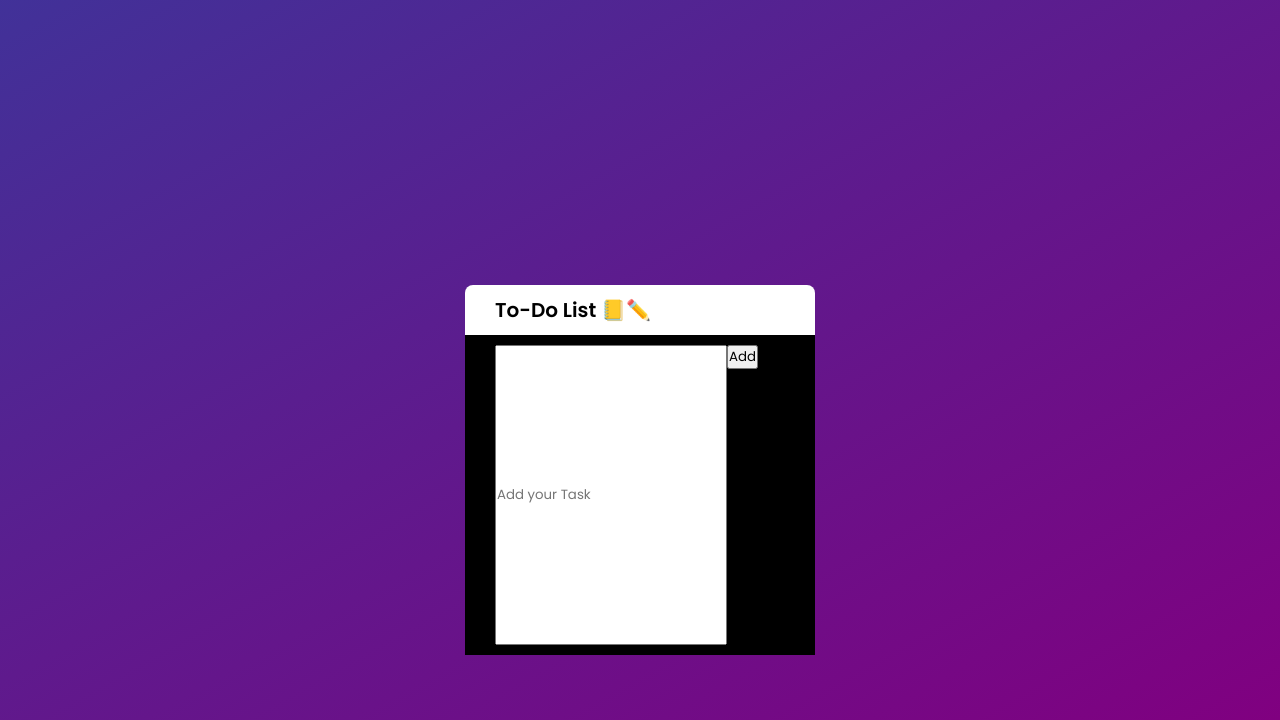
Repository: Ankitkr2021/To-Do-List
Page: index.html
These files come from the project's save history. The page is drawn as it stood at one moment and after the next save; the edit follows.
The browser window is 1280 px wide. The pictures show the whole page.

Above is the page before, as saved 2025-10-03 10:07:40.

### index.html
<!DOCTYPE html>
<html lang="en">
<head>
    <meta charset="UTF-8">
    <meta name="viewport" content="width=device-width, initial-scale=1.0">
    <title>To-Do-List</title>
    <link rel="stylesheet" href="./style.css">
</head>
<body>
    <div class="box">
        <h1>To-Do List 📒✏️</h1>
        <div class="task">
        <input id="add" type="text" placeholder="Add your Task">
        <button type="submit">Add</button>
        </div>
    </div>
</body>
</html>

### style.css
@import url("https://fonts.googleapis.com/css2?family=Poppins:wght@300;400;500;600;700&display=swap");

*{
    margin: 0;
    padding: 0;
    box-sizing: border-box;
    font-family: 'Poppins',sans-serif;
}

body{
    display: flex;
    justify-content: center;
    align-items: center;
    height: 100vh;
    background: linear-gradient(to bottom right, rgba(40, 22, 139, 0.884), purple);
}

.box {
    background: #fff;
    height: 150px;
    max-height: 300px;
    width: 350px;
    border-radius: 8px;
}

.box h1 {
    padding: 10px 30px;
    font-size: 20px;
    font-weight: 600;
}

.task {
    background: #000;
    padding: 10px 30px;
    position: relative;
}

.task input {
    width: 80%;
    height: 300px;
}

.task button {
    content: "";
    position: absolute;
}

After the next save:
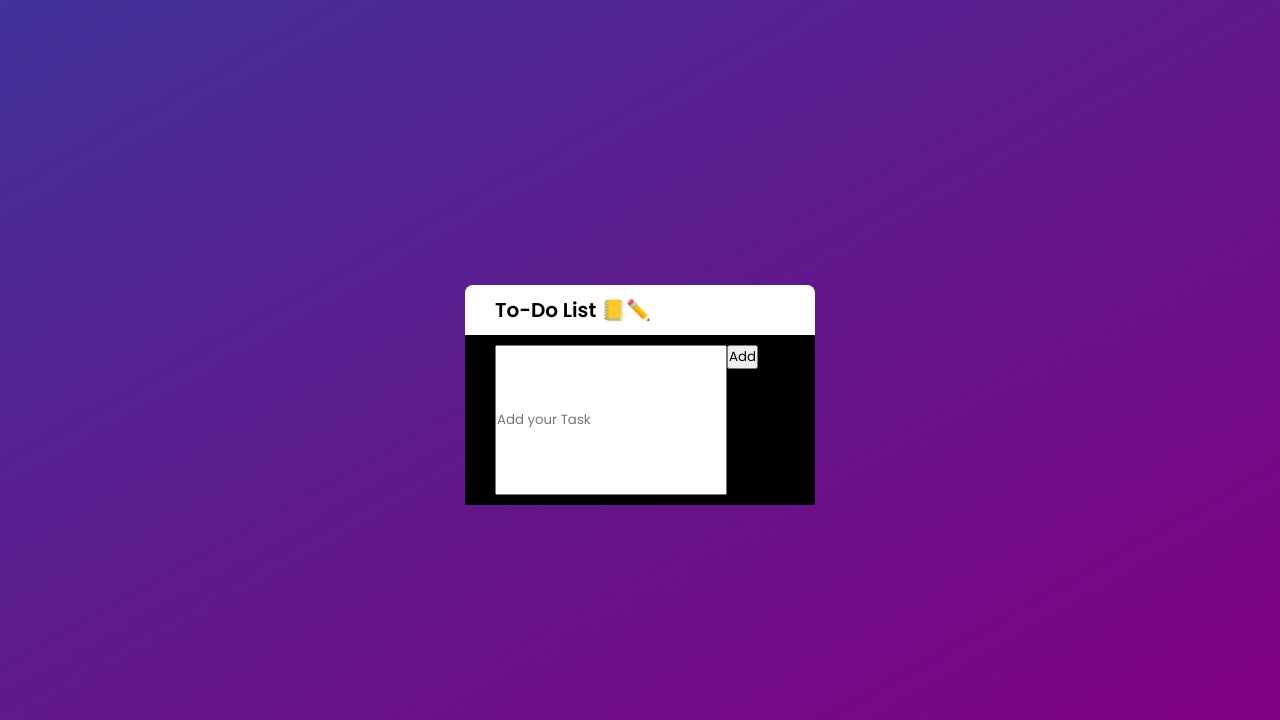
Saved 5 s later.
--- a/style.css
+++ b/style.css
@@ -37,7 +37,7 @@ body{
 
 .task input {
     width: 80%;
-    height: 300px;
+    height: 150px;
 }
 
 .task button {
